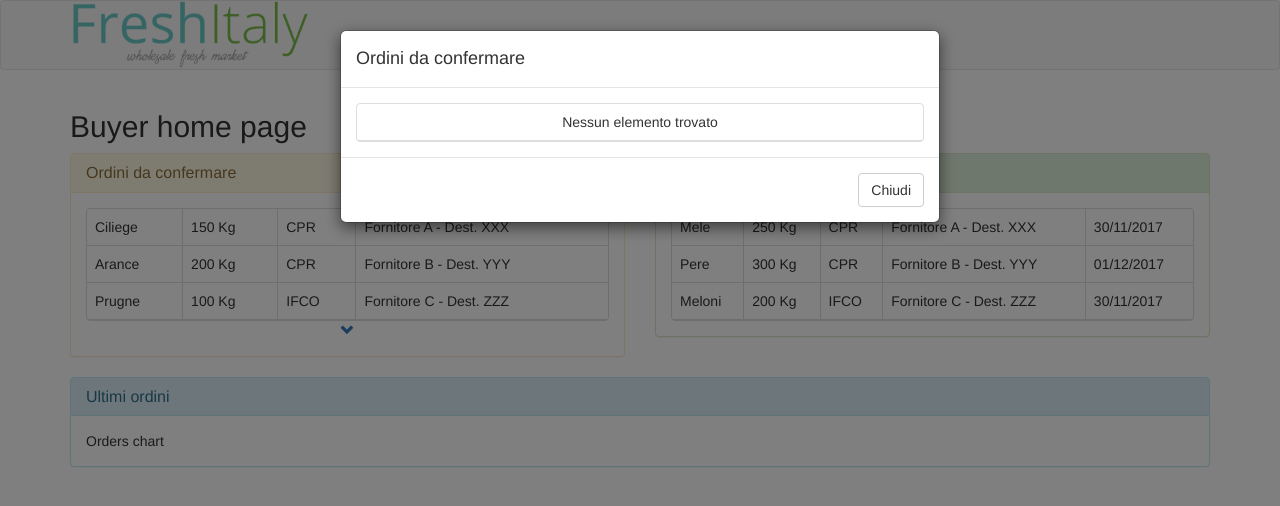
Repository: edikapllani/freshitaly
Page: http://localhost/buyer/home
An editor plug-in stored every save of this project. The page is shown before and after the next save, followed by the edit.
The browser window is 1280 px wide. The pictures show the whole page.
After loading, the first visible `a` was clicked once.
The page is this project's Thymeleaf template; nobody is signed in. The template is opened directly, without the code that normally fills it, so the values that code supplies are empty.

Above is the page before, as saved 2017-11-28 16:16:18.

### FreshItalyWeb/src/main/resources/templates/buyer/home.html
<!DOCTYPE html>
<html xmlns:th="http://www.thymeleaf.org">
<head>
	<meta charset="ISO-8859-1"/>
	<meta name="viewport" content="width=device-width, initial-scale=1" />
	<title>Buyer home</title>
	<link rel="stylesheet" href="/bootstrap-3.3.7/css/bootstrap.min.css" />
	<link rel="stylesheet" href="/css/bootstrap-table.css" />
	<link rel="stylesheet" href="/css/freshitaly.css" />

	<script src="/jquery/jquery-3.2.1.min.js"></script>
	<script src="/bootstrap-3.3.7/js/bootstrap.min.js"></script>
	<script src="/js/bootstrap-table.js"></script>
	<script src="/js/bootstrap-table-it-IT.js"></script>
	<script src="/js/freshitaly.js"></script>
</head>
<body>
	<nav class="navbar navbar-default">
	  <div class="container">
	    <img src="/images/logo-scritta.png" width="240" height="68"/>
	  </div>
	</nav>

	<div class="container">

		<h2>Buyer home page</h2>

		<div class="row">
			<div class="col-xs-12 col-sm-6 col-md-6 col-lg-6">
				<div class="panel panel-warning">
					<div class="panel-heading">
						<h3 class="panel-title">Ordini da confermare</h3>
					</div>
					<div class="panel-body">
						<table id="toconfirmtable"
				               data-locale="it-IT"
				               data-toggle="table"
				               data-show-header="false">
				            <thead>
				                <th data-field="product">Prodotto</th>
				                <th data-field="quantity">Quantita'</th>
				                <th data-field="package">Package</th>
				                <th data-field="producer">Produttore</th>
				            </thead>
				        </table>
						<center><a href="#" onclick="openOrdersToConfirmDlg(); return false;"><span class="glyphicon glyphicon-lg glyphicon-chevron-down"/></a></center>
					</div>
				</div>
			</div>
			<div class="col-xs-12 col-sm-6 col-md-6 col-lg-6">
				<div class="panel panel-success">
					<div class="panel-heading">
						<h3 class="panel-title">Ordini in consegna</h3>
					</div>
					<div class="panel-body">
					        <table id="toshiptable"
				               data-locale="it-IT"
				               data-toggle="table"
				               data-show-refresh="false"
				               data-show-toggle="false"
				               data-search="false"
				               data-id-field="product"
				               data-show-header="false"
				               data-sortable="false"
				               data-pagination="false">
				            <thead>
				                <th data-field="product">Prodotto</th>
				                <th data-field="quantity">Quantita'</th>
				                <th data-field="package">Package</th>
				                <th data-field="producer">Produttore</th>
				                <th data-field="shippingdate">Data prevista</th>
				            </thead>
				        </table>
					</div>
				</div>
			</div>
		</div>
		<div class="row">
			<div class="col-xs-12 col-sm-12 col-md-12 col-lg-12">
				<div class="panel panel-info">
					<div class="panel-heading">
						<h3 class="panel-title">Ultimi ordini</h3>
					</div>
					<div class="panel-body">
					Orders chart
					</div>
				</div>
			</div>
<!-- 			<select name="testselect1" id="testselect1" class="form-control">
				<option value="">seleziona</option>
			</select> -->
		</div>
	</div>

<div class="modal fade" id="modalOrdersToConfirm" tabindex="-1" role="dialog" aria-labelledby="myModalLabel" aria-hidden="true">
	<div class="modal-dialog">
		<div class="modal-content">
			<div class="modal-header">
				<h4 class="modal-title">
					Ordini da confermare
				</h4>
			</div>
			<div class="modal-body">
				<div id="containerBody">
					<table id="toconfirmtablefull"
			               data-locale="it-IT"
			               data-toggle="table"
			               data-show-header="false">
			            <thead>
			                <th data-field="product">Prodotto</th>
			                <th data-field="quantity">Quantita'</th>
			                <th data-field="package">Package</th>
			                <th data-field="producer">Produttore</th>
			            </thead>
			        </table>
				</div>
			</div>
			<div class="modal-footer">
				<div class="inline-block">
					<button type="button" class="btn btn-default" data-dismiss="modal">
						Chiudi
					</button>
				</div>
			</div>
		</div>
	</div>
</div>

	<div class="ajax-loader"></div>

	<script type="text/javascript">
	var datax = [{
	    "product": "Ciliege",
	    "quantity": "150 Kg",
	    "package": "CPR",
	    "producer": "Fornitore A - Dest. XXX"
	}, {
	    "product": "Arance",
	    "quantity": "200 Kg",
	    "package": "CPR",
	    "producer": "Fornitore B - Dest. YYY"
	}, {
	    "product": "Prugne",
	    "quantity": "100 Kg",
	    "package": "IFCO",
	    "producer": "Fornitore C - Dest. ZZZ"
	}];
	var dataxx = [{
	    "product": "Ciliege",
	    "quantity": "150 Kg",
	    "package": "CPR",
	    "producer": "Fornitore A - Dest. XXX"
	}, {
	    "product": "Arance",
	    "quantity": "200 Kg",
	    "package": "CPR",
	    "producer": "Fornitore B - Dest. YYY"
	}, {
	    "product": "Prugne",
	    "quantity": "100 Kg",
	    "package": "IFCO",
	    "producer": "Fornitore C - Dest. ZZZ"
	}, {
	    "product": "Mele",
	    "quantity": "250 Kg",
	    "package": "CPR",
	    "producer": "Fornitore D - Dest. WWW"
	}];

	var datay = [{
	    "product": "Mele",
	    "quantity": "250 Kg",
	    "package": "CPR",
	    "producer": "Fornitore A - Dest. XXX",
	    "shippingdate": "30/11/2017"
	}, {
	    "product": "Pere",
	    "quantity": "300 Kg",
	    "package": "CPR",
	    "producer": "Fornitore B - Dest. YYY",
	    "shippingdate": "01/12/2017"
	}, {
	    "product": "Meloni",
	    "quantity": "200 Kg",
	    "package": "IFCO",
	    "producer": "Fornitore C - Dest. ZZZ",
	    "shippingdate": "30/11/2017"
	}];


    $('#toconfirmtable').bootstrapTable({
        data: datax
    });
    $('#toshiptable').bootstrapTable({
        data: datay
    });

    function openOrdersToConfirmDlg() {
        $('#toconfirmtablefull').bootstrapTable({
            data: dataxx
        });
    	$('#modalOrdersToConfirm').modal('show');
    }

	//populateSelect('http://localhost:8889/test', '#testselect1', null);

	</script>
</body>
</html>

### FreshItalyWeb/src/main/resources/static/css/freshitaly.css
body.fixed-navbar {
	padding-top: 76px;
	padding-bottom: 70px;
}
.login{
	background: url(/images/bg-login.png) center center/cover no-repeat fixed;
}
.bg-white {
	background-color: #fff;
}
div.ajax-loader {
    display:none;
    position: absolute;
    top: 0;
    left: 0;
    background: url('/images/ajax-loader.gif') scroll no-repeat 50% 50% transparent;
    width: 100%;
    height: 100%;
    background-color: #fff;
    -ms-filter: "progid:DXImageTransform.Microsoft.Alpha(Opacity=50)";       /* IE 8 */
	filter: alpha(opacity=50);  /* IE 5-7 */
	-moz-opacity: 0.5;          /* Netscape */
	-khtml-opacity: 0.5;        /* Safari 1.x */
	opacity: 0.5;               /* Good browsers */
}
#success_message{ display: none;}

### FreshItalyWeb/src/main/resources/static/js/bootstrap-table-it-IT.js
/**
 * Bootstrap Table Italian translation
 * Author: Davide Renzi<davide.renzi@gmail.com>
 * Author: Davide Borsatto <davide.borsatto@gmail.com>
 * Author: Alessio Felicioni <alessio.felicioni@gmail.com>
 */
(function ($) {
    'use strict';

    $.fn.bootstrapTable.locales['it-IT'] = {
        formatLoadingMessage: function () {
            return 'Caricamento in corso...';
        },
        formatRecordsPerPage: function (pageNumber) {
            return pageNumber + ' elementi per pagina';
        },
        formatShowingRows: function (pageFrom, pageTo, totalRows) {
            return 'Pagina ' + pageFrom + ' di ' + pageTo + ' (' + totalRows + ' elementi)';
        },
        formatSearch: function () {
            return 'Cerca';
        },
        formatNoMatches: function () {
            return 'Nessun elemento trovato';
        },
        formatRefresh: function () {
            return 'Aggiorna';
        },
        formatToggle: function () {
            return 'Alterna';
        },
        formatColumns: function () {
            return 'Colonne';
        },
        formatAllRows: function () {
            return 'Tutto';
        }
    };

    $.extend($.fn.bootstrapTable.defaults, $.fn.bootstrapTable.locales['it-IT']);

})(jQuery);

### FreshItalyWeb/src/main/resources/static/js/freshitaly.js
/**
 *
 */
$.fn.serializeObject = function()
{
    var o = {};
    var a = this.serializeArray();
    $.each(a, function() {
        if (o[this.name] !== undefined) {
            if (!o[this.name].push) {
                o[this.name] = [o[this.name]];
            }
            o[this.name].push(this.value || '');
        } else {
        	o[this.name] = this.value || '';
        }
    });
    return o;
};

function populateSelect(url, element, parameters){
	$.ajax({
	    url: url,
	    type:'GET',
	    dataType: 'json',
	    success: function( json ) {
			$.each(json, function(i, obj){
            	$(element).append($('<option>').text(obj.text).attr('value', obj.id));
	        });
	    }
	});
}

function populateForm(url, element, parameters){
    $('.ajax-loader').show();
    $.ajax({
        type: 'POST',
        url: url,
        dataType: 'json',
        timeout: 10000,

        success: function(data){
            if(data){
            	fillForm($(element), data);
            }
        },
        error: function(data, errorThrown){
            alert('request failed :'+errorThrown);
        },
        complete: function(){
              $('.ajax-loader').hide();
        }
  });

}

function fillForm(frm, data) {
	$.each(data, function(key, value){
		var $ctrl = $('[name='+key+']', frm);
		if($ctrl.is('textarea')){
			$ctrl.val(value);
		}
		if($ctrl.is('select')){
			$("option",$ctrl).each(function(){
				if (this.value==value) { this.selected=true; }
			});
		} else {
			switch($ctrl.attr("type")) {
				case "text" :  case "date" :  case "hidden":
					$ctrl.val(value);
					break;
				case "radio" : case "checkbox":
					$ctrl.each(function(){
						if($(this).attr('value') == value) {
							$(this).attr("checked",value);
						}
					});
					break;
			}
		}
	});
}

Loaded but not shown: FreshItalyWeb/src/main/resources/static/bootstrap-3.3.7/css/bootstrap.min.css (library); FreshItalyWeb/src/main/resources/static/css/bootstrap-table.css (library); FreshItalyWeb/src/main/resources/static/jquery/jquery-3.2.1.min.js (library); FreshItalyWeb/src/main/resources/static/bootstrap-3.3.7/js/bootstrap.min.js (library); FreshItalyWeb/src/main/resources/static/js/bootstrap-table.js (library)

After the next save:
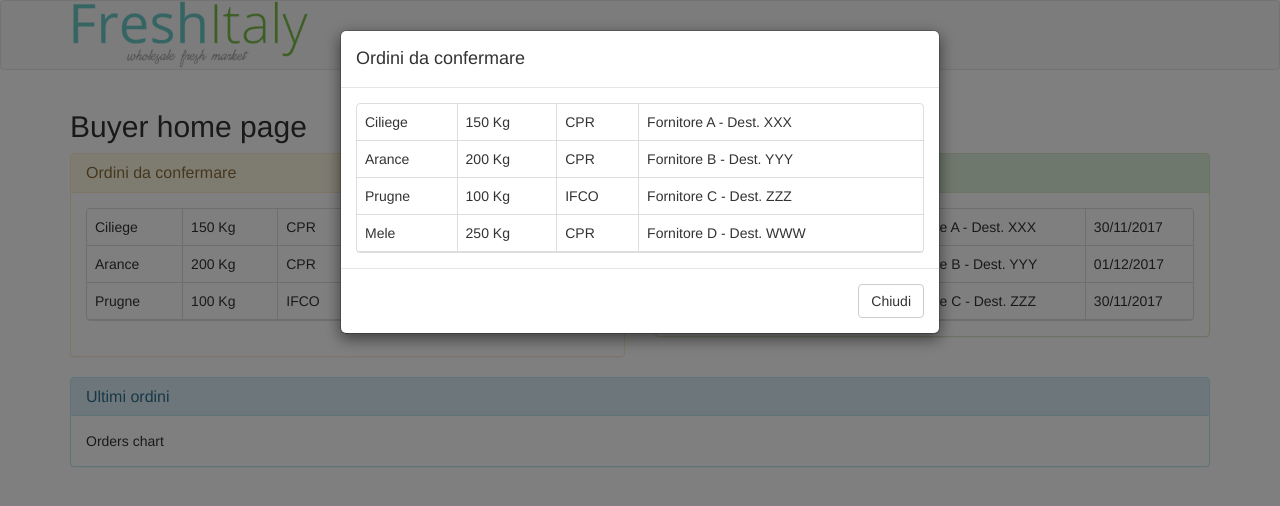
Saved 73 s later.
--- a/FreshItalyWeb/src/main/resources/templates/buyer/home.html
+++ b/FreshItalyWeb/src/main/resources/templates/buyer/home.html
@@ -194,11 +194,11 @@
     $('#toshiptable').bootstrapTable({
         data: datay
     });
+    $('#toconfirmtablefull').bootstrapTable({
+        data: dataxx
+    });
 
     function openOrdersToConfirmDlg() {
-        $('#toconfirmtablefull').bootstrapTable({
-            data: dataxx
-        });
     	$('#modalOrdersToConfirm').modal('show');
     }
 
